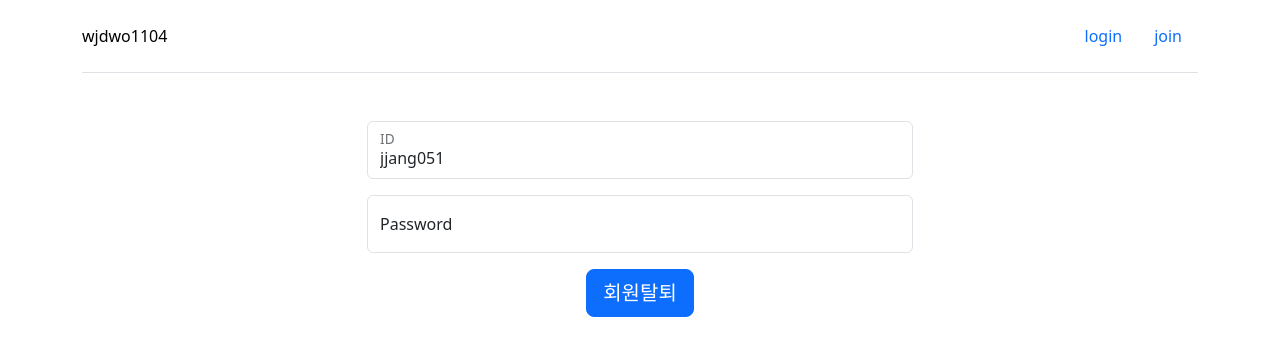
Repository: gain00/lecture1
Page: http://localhost/db-connect/delete.jsp
These files come from the project's save history. The page is drawn as it stood at one moment and after the next save; the edit follows.
The browser window is 1280 px wide. The pictures show the whole page.
The page is served by Tomcat 9.

Above is the page before, as saved 2023-06-07 08:01:19.

After the next save:
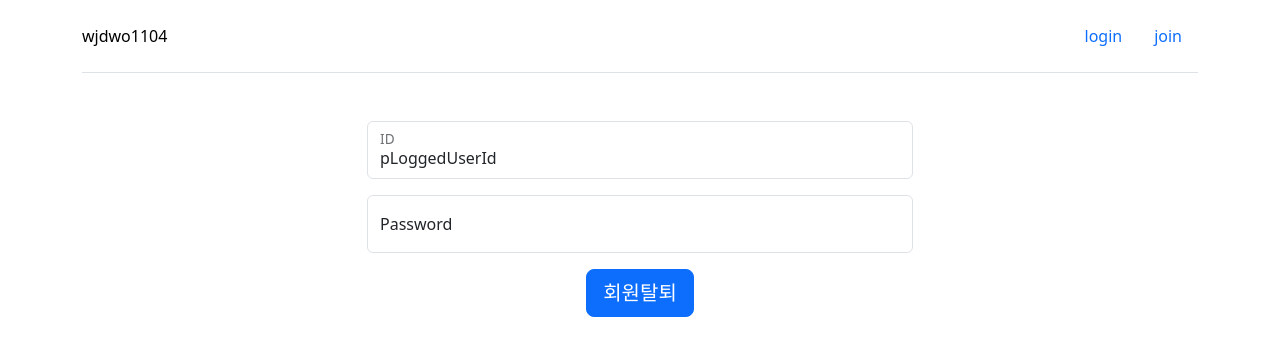
Saved 11 min 59 s later.
--- a/db-connect/src/main/webapp/delete.jsp
+++ b/db-connect/src/main/webapp/delete.jsp
@@ -1,13 +1,14 @@
 <%@ page language="java" contentType="text/html; charset=UTF-8"
 	pageEncoding="UTF-8"%>
 <%@ include file="include/header.jsp"%>
+<%String pLoggedUserId =  (String) session.getAttribute("loggedUserId"); %>
 <form action="delete-process.jsp" method="post">
 	<div class="container-xl">
 		<div class="row mt-5 justify-content-center">
 			<div class="col-6">
 				<div class="form-floating mb-3">
 					<input type="text" name="userId" class="form-control"
-						id="floatingInput" placeholder="아이디를 입력해 주세요." value="jjang051"
+						id="floatingInput" placeholder="아이디를 입력해 주세요." value=pLoggedUserId
 						readonly /> <label for="floatingInput">ID</label>
 				</div>
 				<div class="form-floating mb-3">
